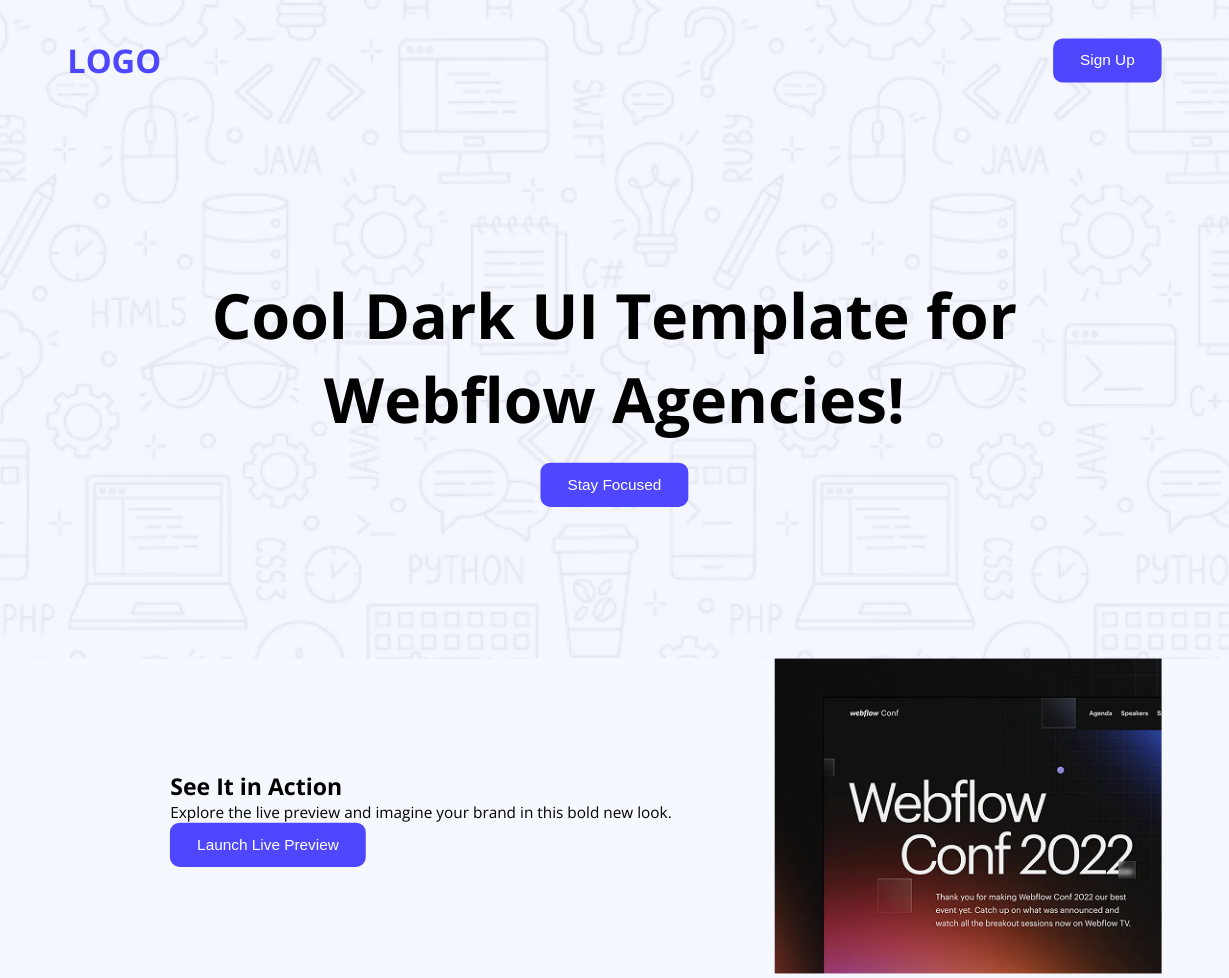
Repository: nahid-hasann/website-3
Page: index.html
These files come from the project's save history. The page is drawn as it stood at one moment and after a run of saves; the edit follows.
The browser window is 1280 px wide. The pictures show the whole page, at 96% of full size.

Above is the page before, as saved 2025-07-10 19:50:26.

After the next 2 saves:
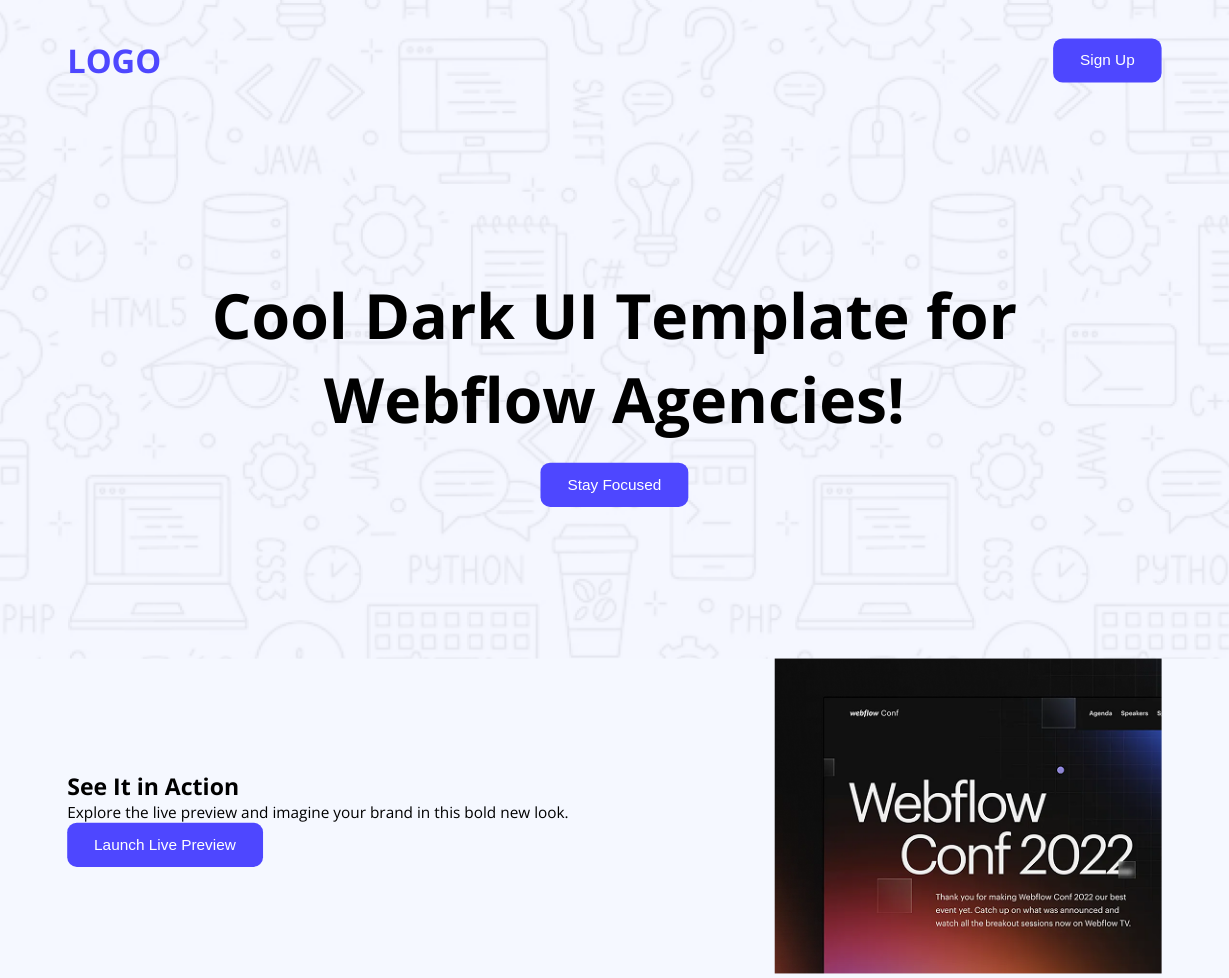
The 2 saves are shown as one change because they came seconds apart.
The last was saved 11 s later.
--- a/style.css
+++ b/style.css
@@ -65,5 +65,5 @@
 }
 
 .action-title{
-    margin: auto;
+    margin: auto 0;
 }
